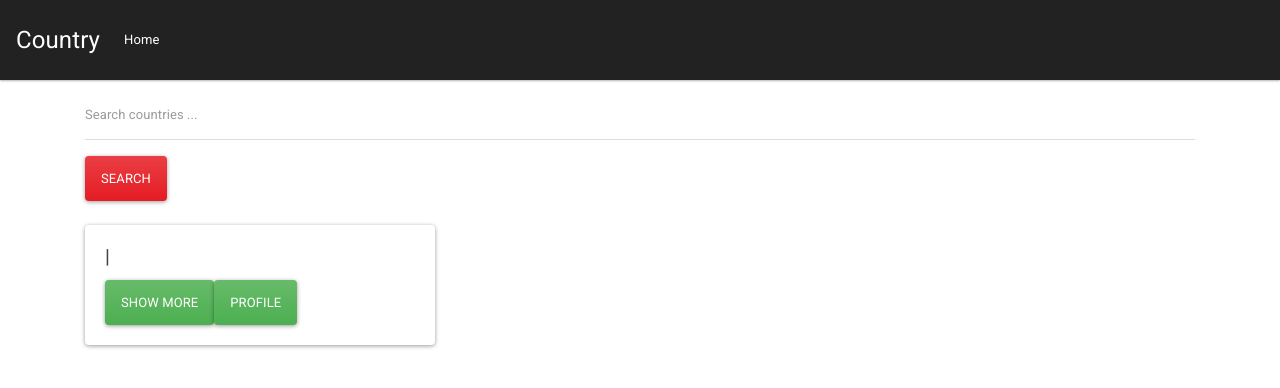
Repository: abdelhak-f/Countries_React
Page: / (app in client/)
These files come from the project's save history. The page is drawn as it stood at one moment and after the next save; the edit follows.
The browser window is 1280 px wide. The pictures show the whole page.
The page's requests for data from a server got no answer. The project was rebuilt for these pictures with package versions that can differ from the ones it lists, and the page was loaded fresh each time. No one was signed in, and anything a server would have sent is missing.

Above is the page before, as saved 2021-05-07 10:58:39.

### client/src/App.js
import  React from 'react';
import './App.css';
import Countries from  './components/Countries';
import  Navbar from './components/partials/Navbar';

function App() {
  return (
    <div className="App">
      <Navbar />
      <div className="container">
             <Countries />
      </div>

    </div>
  );
}

export default App;

### client/src/components/Countries.jsx
import React, { Component } from 'react';
import  Country  from  './countrys/Country';
import SearchCountry from './countrys/SearchCountry';
import axios from 'axios';

class Countries extends Component {

    constructor(props) {
        super(props)

        this.state = {
             countries: [
                 {

                 }
             ]
        }
    }
    getCountry = () => {
        axios.get(`https://restcountries.eu/rest/v2/all`)
                       .then(response => {
                           this.setState({
                            countries: response.data
                           })
                       })
    }
    componentDidMount() {
        this.getCountry();
    }
    searchCountryFromGet =(data) => {
         if(data != ''){
              axios.get(`https://restcountries.eu/rest/v2/name/{name}{data}`)
              .then(response => {
                  console.log(response)
              })
         }
    }

  render() {
    return (
      <div>
          <div className="row   my-2">
              <div className="col-md-12">
       <SearchCountry getCountrySearch={this.searchCountryFromGet } />
              </div>
          </div>
          <div className="row">
        {this.state.countries.map (country => (
            <div className="col-md-4 mt-3 key={name.id}">
              <Country  country={country} />
               </div>
        ))}
        </div>
      </div>
    )
  }
}

export default Countries

### client/src/components/partials/Navbar.jsx
import React from 'react';

export default function Navbar() {
  return (
    <>
    <nav className="navbar navbar-expand-sm navbar-dark bg-dark">
        <a className="navbar-brand" href="#">Country</a>
        <button className="navbar-toggler d-lg-none" type="button" data-toggle="collapse" data-target="#collapsibleNavId" aria-controls="collapsibleNavId"
            aria-expanded="false" aria-label="Toggle navigation">
            <span className="navbar-toggler-icon"></span>
        </button>
        <div className="collapse navbar-collapse" id="collapsibleNavId">
            <ul className="navbar-nav mr-auto mt-2 mt-lg-0">
                <li className="nav-item active">
                    <a className="nav-link" href="#">Home <span className="sr-only">(current)</span></a>
                </li>
            </ul>

        </div>
    </nav>
    </>
  );
}

### client/src/components/countrys/Country.jsx
import React, { Component } from 'react'

class Country extends Component {
  render() {
    return (
      <>
         <div className="card">
                   <img className="card-img-top" src= {this.props.country.flag}  alt="" />
                   <div className="card-body">
                   <h4 className="card-title">{this.props.country.alpha2Code} | {this.props.country.alpha3Code}</h4>
                       <p className="card-text">
                           <a href= {this.props.country.code} className="btn btn-success ">show more</a>
                           <a href={this.props.country.regionalBlocs} className="btn btn-success ">profile</a>
                       </p>
                   </div>
                   </div>
      </>
    )
  }
}

export default Country

### client/src/components/countrys/SearchCountry.jsx
import React, { Component } from 'react'

class SearchCountry extends Component {
    state = {
        search : ''
    }
    handleForm = (e) => {
        this.setState({
            search:e.target.value
        })
    }

    searchCountries= (e) => {
        e.preventDefault();
        this.props.getCountrySearch(this.state.search)
    }
  render() {
      const {search} = this.state;
    return (

        <form onSubmit={this.searchCountries}>
            <div className="form-group ">
                <input onChange={this.handleForm} value={search} placeholder='Search countries ...' id="search" type="text" className="form-control"/>
                </div>
                {/* {search} */}
                <button className="btn btn-danger">Search</button>
        </form>

    )
  }
}

export default SearchCountry

Loaded but not shown: client/public/index.html (common file); client/src/index.js (common file); client/src/App.css (library)

After the next save:
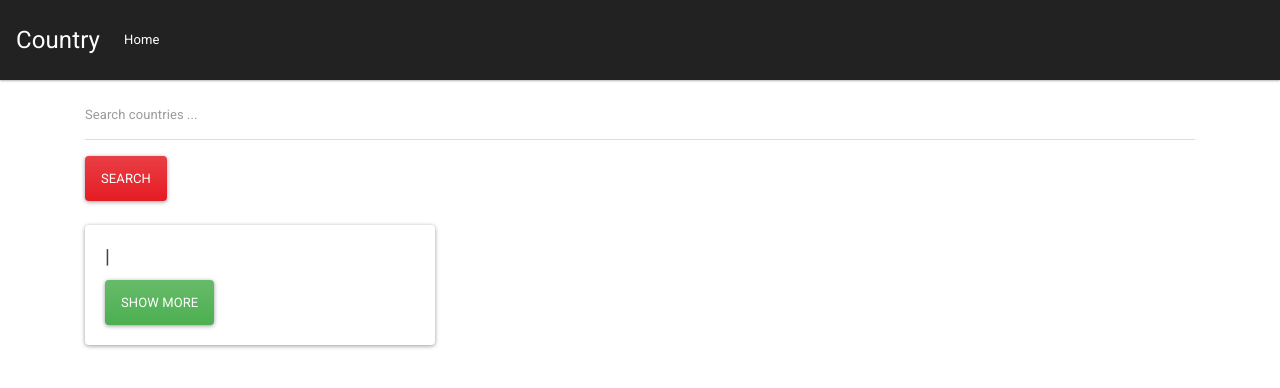
Saved 9 min 15 s later.
--- a/client/src/components/countrys/Country.jsx
+++ b/client/src/components/countrys/Country.jsx
@@ -10,7 +10,7 @@ class Country extends Component {
                    <h4 className="card-title">{this.props.country.alpha2Code} | {this.props.country.alpha3Code}</h4>
                        <p className="card-text">
                            <a href= {this.props.country.code} className="btn btn-success ">show more</a>
-                           <a href={this.props.country.regionalBlocs} className="btn btn-success ">profile</a>
+                           {/* <a href={this.props.country.regionalBlocs} className="btn btn-success ">profile</a> */}
                        </p>
                    </div>
                    </div>
